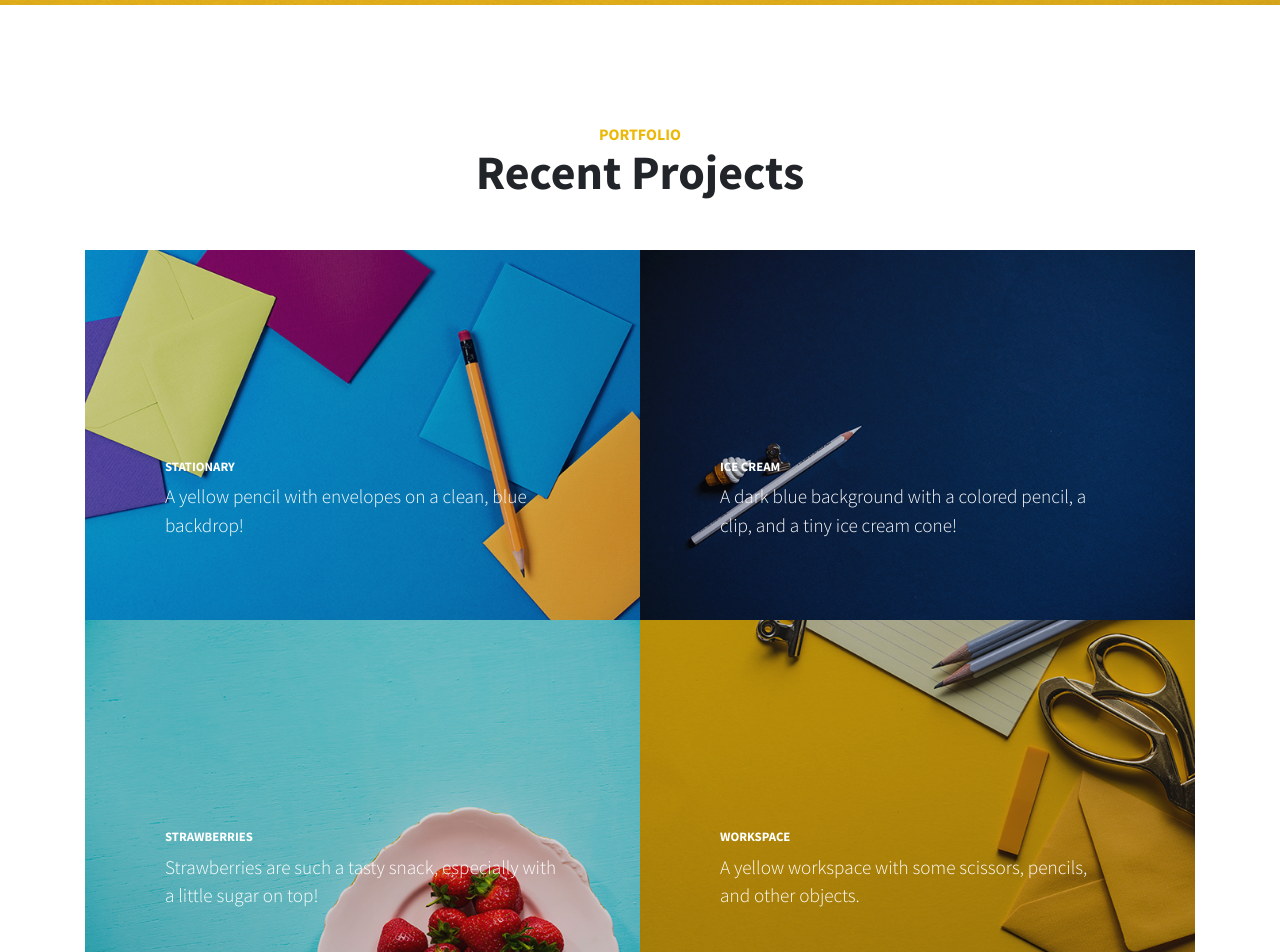
Repository: seungminlll3420/ruby_on_rails
Page: 가족/index.html
The author's editor kept a record of every edit. The page is drawn from the files as they stood at one moment, then again after the next edit.
The browser window is 1280 px wide. The pictures show the part of the page from y = 715 to 1667 px (the page is 2965 px tall before and 3335 px after).

Above is the page before.

After the next edit:
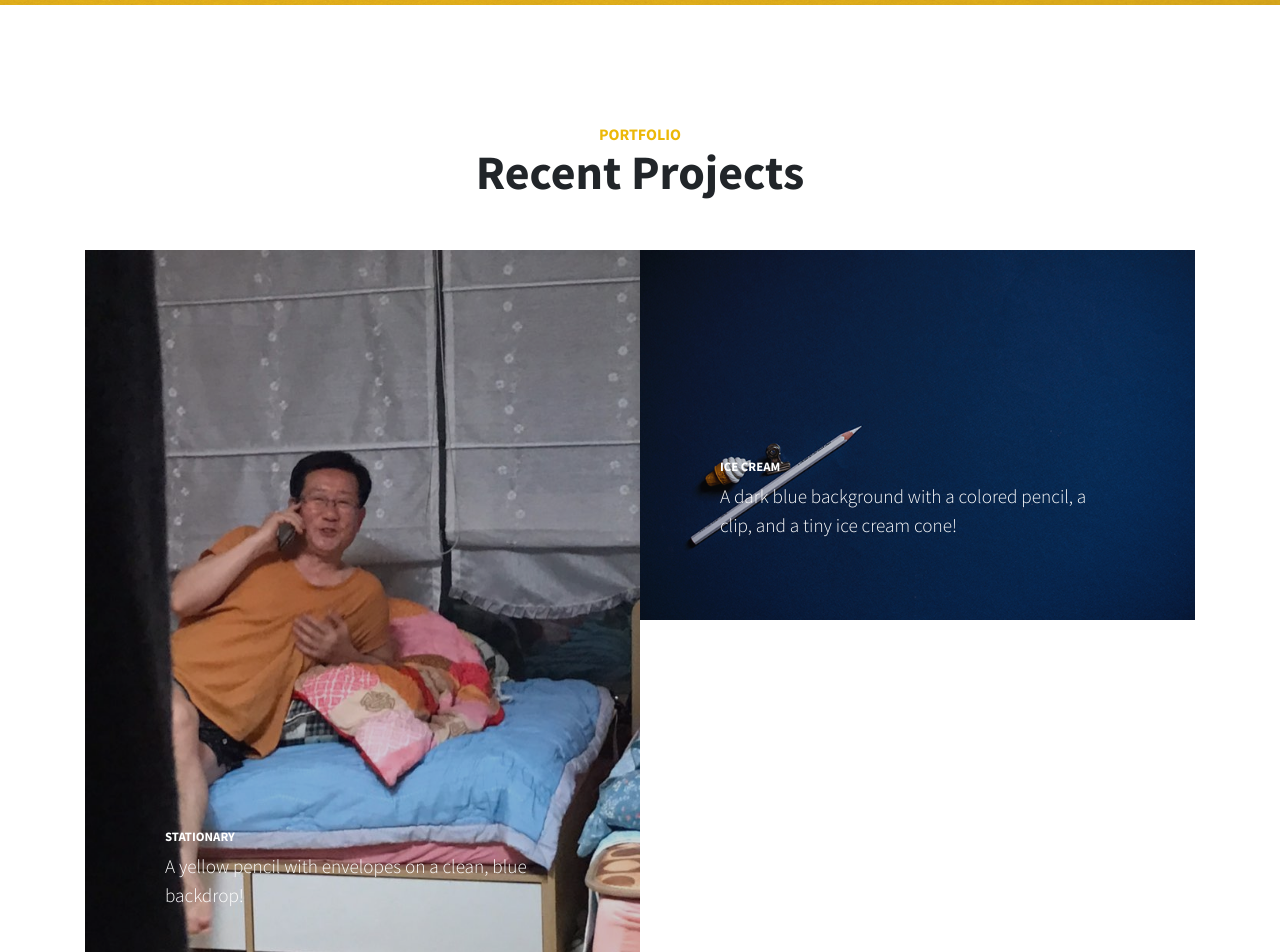
The edit:
--- a/가족/index.html
+++ b/가족/index.html
@@ -89,7 +89,7 @@
                 <p class="mb-0">A yellow pencil with envelopes on a clean, blue backdrop!</p>
               </span>
             </span>
-            <img class="img-fluid" src="img/portfolio-1.jpg" alt="">
+            <img class="img-fluid" src="./../img/이종호.jpg" alt="">
           </a>
         </div>
         <div class="col-lg-6">
